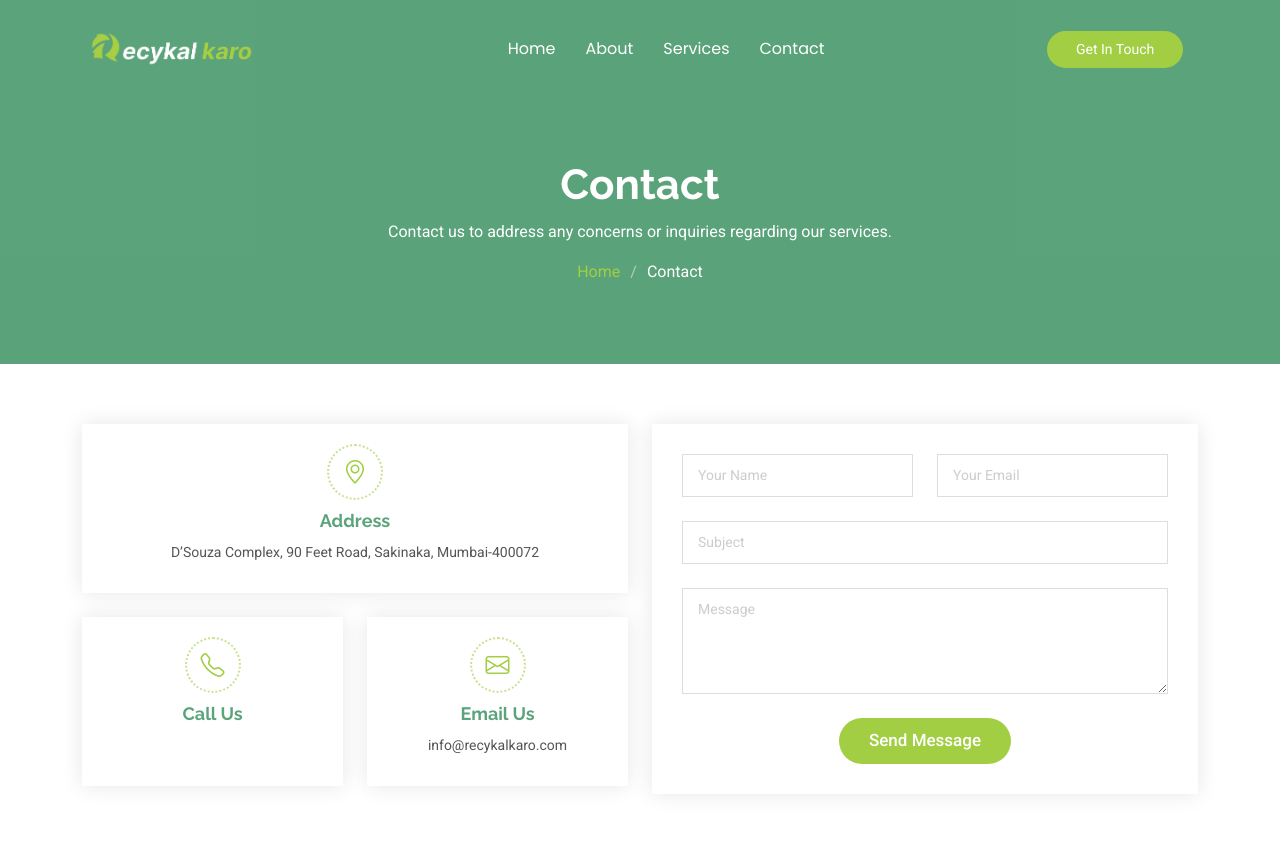
Repository: msmsa2001/recyclekaro
Page: contact.html
An editor plug-in stored every save of this project. The page is shown before and after the next save, followed by the edit.
The browser window is 1280 px wide. The pictures show the part of the page from y = 0 to 842 px (the page is 1731 px tall).
Pictures or frames that could not be fetched are drawn as grey boxes.

Above is the page before, as saved 2024-09-30 15:10:01.
Console error: TypeError: Cannot read properties of null (reading 'style')

### contact.html
<!DOCTYPE html>
<html lang="en">

<head>
  <meta charset="utf-8">
  <meta content="width=device-width, initial-scale=1.0" name="viewport">
  <title>Contact - Moderna Bootstrap Template</title>
  <meta name="description" content="">
  <meta name="keywords" content="">

  <!-- Favicons -->
  <!-- <link href="assets/img/favicon.png" rel="icon"> -->
  <link href="assets/img/logos/favicon-32x32-removebg-preview.png" rel="icon">

  <link href="assets/img/apple-touch-icon.png" rel="apple-touch-icon">

  <!-- Fonts -->
  <link href="https://fonts.googleapis.com" rel="preconnect">
  <link href="https://fonts.gstatic.com" rel="preconnect" crossorigin>
  <link href="https://fonts.googleapis.com/css2?family=Roboto:ital,wght@0,100;0,300;0,400;0,500;0,700;0,900;1,100;1,300;1,400;1,500;1,700;1,900&family=Poppins:ital,wght@0,100;0,200;0,300;0,400;0,500;0,600;0,700;0,800;0,900;1,100;1,200;1,300;1,400;1,500;1,600;1,700;1,800;1,900&family=Raleway:ital,wght@0,100;0,200;0,300;0,400;0,500;0,600;0,700;0,800;0,900;1,100;1,200;1,300;1,400;1,500;1,600;1,700;1,800;1,900&display=swap" rel="stylesheet">

  <!-- Vendor CSS Files -->
  <link href="assets/vendor/bootstrap/css/bootstrap.min.css" rel="stylesheet">
  <link href="assets/vendor/bootstrap-icons/bootstrap-icons.css" rel="stylesheet">
  <link href="assets/vendor/aos/aos.css" rel="stylesheet">
  <link href="assets/vendor/glightbox/css/glightbox.min.css" rel="stylesheet">
  <link href="assets/vendor/swiper/swiper-bundle.min.css" rel="stylesheet">

  <!-- Main CSS File -->
  <link href="assets/css/main.css" rel="stylesheet">

  <!-- =======================================================
  * Template Name: Moderna
  * Template URL: https://bootstrapmade.com/free-bootstrap-template-corporate-moderna/
  * Updated: Aug 07 2024 with Bootstrap v5.3.3
  * Author: BootstrapMade.com
  * License: https://bootstrapmade.com/license/
  ======================================================== -->
</head>

<body class="contact-page">

  <header id="header" class="header d-flex align-items-center fixed-top">
    <div class="container-fluid container-xl position-relative d-flex align-items-center justify-content-between">

      <a href="index.html" class="logo d-flex align-items-center">
        <!-- Uncomment the line below if you also wish to use an image logo -->
        <!-- <img src="assets/img/logo.png" alt=""> -->
        <!-- <h1 class="sitename">Moderna</h1> -->
        <img src="assets/img/logos/Recykal_karo_logo_Balck_BG-removebg-preview.png" alt="" style="width: 180px;">

      </a>

      <nav id="navmenu" class="navmenu">
        <ul>
          <li><a href="index.html" class="active">Home</a></li>
          <li><a href="about.html">About</a></li>
          <li><a href="services.html">Services</a></li>
          <!-- <li><a href="portfolio.html">Portfolio</a></li>
          <li><a href="team.html">Team</a></li>
          <li><a href="blog.html">Blog</a></li>
          <li class="dropdown"><a href="#"><span>Dropdown</span> <i class="bi bi-chevron-down toggle-dropdown"></i></a>
            <ul>
              <li><a href="#">Dropdown 1</a></li>
              <li class="dropdown"><a href="#"><span>Deep Dropdown</span> <i class="bi bi-chevron-down toggle-dropdown"></i></a>
                <ul>
                  <li><a href="#">Deep Dropdown 1</a></li>
                  <li><a href="#">Deep Dropdown 2</a></li>
                  <li><a href="#">Deep Dropdown 3</a></li>
                  <li><a href="#">Deep Dropdown 4</a></li>
                  <li><a href="#">Deep Dropdown 5</a></li>
                </ul>
              </li>
              <li><a href="#">Dropdown 2</a></li>
              <li><a href="#">Dropdown 3</a></li>
              <li><a href="#">Dropdown 4</a></li>
            </ul>
          </li> -->
          <li><a href="contact.html">Contact</a></li>
        </ul>
        <i class="mobile-nav-toggle d-xl-none bi bi-list"></i>
      </nav>
      <a class="btn-getstarted" href="#contact">Get In Touch</a>

    </div>
  </header>

  <main class="main">

    <!-- Page Title -->
    <div class="page-title dark-background">
      <div class="container position-relative">
        <h1>Contact</h1>
        <p>Contact us to address any concerns or inquiries regarding our services.</p>
        <nav class="breadcrumbs">
          <ol>
            <li><a href="index.html">Home</a></li>
            <li class="current">Contact</li>
          </ol>
        </nav>
      </div>
    </div><!-- End Page Title -->

    <!-- Contact Section -->
    <section id="contact" class="contact section">

      <div class="container" data-aos="fade-up" data-aos-delay="100">

        <div class="row gy-4">
          <div class="col-lg-6 ">
            <div class="row gy-4">

              <div class="col-lg-12">
                <div class="info-item d-flex flex-column justify-content-center align-items-center" data-aos="fade-up" data-aos-delay="200">
                  <i class="bi bi-geo-alt"></i>
                  <h3>Address</h3>
                  <p>D’Souza Complex, 90 Feet Road, Sakinaka, Mumbai-400072
                  </p>
                </div>
              </div><!-- End Info Item -->

              <div class="col-md-6">
                <div class="info-item d-flex flex-column justify-content-center align-items-center" data-aos="fade-up" data-aos-delay="300">
                  <i class="bi bi-telephone"></i>
                  <h3>Call Us</h3>
                <a href="tel:9082588673"><p style="color: white;">+91 9082588673</p></a>
                </div>
              </div><!-- End Info Item -->

              <div class="col-md-6">
                <div class="info-item d-flex flex-column justify-content-center align-items-center" data-aos="fade-up" data-aos-delay="400">
                  <i class="bi bi-envelope"></i>
                  <h3>Email Us</h3>
                  <p>info@recykalkaro.com</p>
                </div>
              </div><!-- End Info Item -->

            </div>
          </div>

          <div class="col-lg-6">
            <form action="forms/contact.php" method="post" class="php-email-form" data-aos="fade-up" data-aos-delay="500">
              <div class="row gy-4">

                <div class="col-md-6">
                  <input type="text" name="name" class="form-control" placeholder="Your Name" required="">
                </div>

                <div class="col-md-6 ">
                  <input type="email" class="form-control" name="email" placeholder="Your Email" required="">
                </div>

                <div class="col-md-12">
                  <input type="text" class="form-control" name="subject" placeholder="Subject" required="">
                </div>

                <div class="col-md-12">
                  <textarea class="form-control" name="message" rows="4" placeholder="Message" required=""></textarea>
                </div>

                <div class="col-md-12 text-center">
                  <div class="loading">Loading</div>
                  <div class="error-message"></div>
                  <div class="sent-message">Your message has been sent. Thank you!</div>

                  <button type="submit">Send Message</button>
                </div>

              </div>
            </form>
          </div><!-- End Contact Form -->

        </div>

      </div>

      <div class="mt-5" data-aos="fade-up" data-aos-delay="200">
        <iframe src="https://www.google.com/maps/embed?pb=!1m18!1m12!1m3!1d3770.2793611142156!2d72.88540377395167!3d19.095396651365814!2m3!1f0!2f0!3f0!3m2!1i1024!2i768!4f13.1!3m3!1m2!1s0x3be7c87ac4d15cdb%3A0xe466462b259fdd62!2sDSOUZA%20NAGAR%20COMPLEX%20dosti%20regency!5e0!3m2!1sen!2sin!4v1727327275013!5m2!1sen!2sin" width="100%" height="450" style="border:0;" allowfullscreen="" loading="lazy" referrerpolicy="no-referrer-when-downgrade"></iframe>      </div><!-- End Google Maps -->

    </section><!-- /Contact Section -->

  </main>

  <footer id="footer" class="footer dark-background">

    <!-- <div class="footer-newsletter">
      <div class="container">
        <div class="row justify-content-center text-center">
          <div class="col-lg-6">
            <h4>Join Our Newsletter</h4>
            <p>Subscribe to our newsletter and receive the latest news about our products and services!</p>
            <form action="forms/newsletter.php" method="post" class="php-email-form">
              <div class="newsletter-form"><input type="email" name="email"><input type="submit" value="Subscribe"></div>
              <div class="loading">Loading</div>
              <div class="error-message"></div>
              <div class="sent-message">Your subscription request has been sent. Thank you!</div>
            </form>
          </div>
        </div>
      </div>
    </div> -->

    <div class="container footer-top">
      <div class="row gy-4">
        <div class="col-lg-4 col-md-6 footer-about">
          <a href="index.html" class="logo d-flex align-items-center">
            <img src="assets/img/logos/Recykal_karo_logo_Balck_BG-removebg-preview.png" alt="">
          </a>
          <div class="footer-contact pt-3">
            <p>D’Souza Complex, 90 Feet Road,
            </p>
            <p>Sakinaka, Mumbai-400072</p>
            <p class="mt-3"><strong>Phone:</strong><a href="tel:9082588673"><span style="color: white;" >+91 9082588673</span></a></p>
            <p><strong>Email:</strong> <a href="mailto:info@recykalkaro.com"><span style="color: white;">info@recykalkaro.com</span></a></p>
          </div>
        </div>

        <div class="col-lg-2 col-md-3 footer-links">
          <h4>Useful Links</h4>
          <ul>
            <li><i class="bi bi-chevron-right"></i> <a href="index.html">Home</a></li>
            <li><i class="bi bi-chevron-right"></i> <a href="about.html">About us</a></li>
            <li><i class="bi bi-chevron-right"></i> <a href="services.html">Services</a></li>
            <li><i class="bi bi-chevron-right"></i> <a href="contact.html">Contact</a></li>
          </ul>
        </div>

        <!-- <div class="col-lg-2 col-md-3 footer-links">
          <h4>Our Services</h4>
          <ul>
            <li><i class="bi bi-chevron-right"></i> <a href="#">Web Design</a></li>
            <li><i class="bi bi-chevron-right"></i> <a href="#">Web Development</a></li>
            <li><i class="bi bi-chevron-right"></i> <a href="#">Product Management</a></li>
            <li><i class="bi bi-chevron-right"></i> <a href="#">Marketing</a></li>
          </ul>
        </div> -->

        <div class="col-lg-4 col-md-12">
          <h4>Follow Us</h4>
          <p>Stay connected with GreenLife E-Waste for the latest updates on eco-friendly practices, e-waste recycling tips, and sustainability news. Follow us on social media to join our mission towards a greener tomorrow!</p>
          <div class="social-links d-flex">
            <a href="https://x.com/greenlifeewaste" target="_blank"><i class="bi bi-twitter-x"></i></a>
            <a href="https://www.facebook.com/greenlifeewaste" target="_blank"><i class="bi bi-facebook"></i></a>
            <a href="https://www.instagram.com/greenlifeewaste/" target="_blank"><i class="bi bi-instagram"></i></a>
            <a href="https://www.linkedin.com/company/recykal-karo" target="_blank"><i class="bi bi-linkedin"></i></a>
          </div>
        </div>

      </div>
    </div>

    <div class="container copyright text-center mt-4">
      <p>© <span>Copyright</span> <strong class="px-1 sitename">Recykal Karo</strong> <span>All Rights Reserved</span></p>
      <div class="credits">
        <!-- All the links in the footer should remain intact. -->
        <!-- You can delete the links only if you've purchased the pro version. -->
        <!-- Licensing information: https://bootstrapmade.com/license/ -->
        <!-- Purchase the pro version with working PHP/AJAX contact form: [buy-url] -->
        Designed by <a href="https://pyzon.in/" target="_blank">Pyzon Pvt. Ltd.</a>
      </div>
    </div>

  </footer>

  <!-- Scroll Top -->
  <a href="#" id="scroll-top" class="scroll-top d-flex align-items-center justify-content-center"><i class="bi bi-arrow-up-short"></i></a>

  <!-- Preloader -->
  <div id="preloader"></div>

  <!-- Vendor JS Files -->
  <script src="assets/vendor/bootstrap/js/bootstrap.bundle.min.js"></script>
  <script src="assets/vendor/php-email-form/validate.js"></script>
  <script src="assets/vendor/aos/aos.js"></script>
  <script src="assets/vendor/glightbox/js/glightbox.min.js"></script>
  <script src="assets/vendor/purecounter/purecounter_vanilla.js"></script>
  <script src="assets/vendor/swiper/swiper-bundle.min.js"></script>
  <script src="assets/vendor/waypoints/noframework.waypoints.js"></script>
  <script src="assets/vendor/imagesloaded/imagesloaded.pkgd.min.js"></script>
  <script src="assets/vendor/isotope-layout/isotope.pkgd.min.js"></script>

  <!-- Main JS File -->
  <script src="assets/js/main.js"></script>

</body>

</html>

Loaded but not shown: assets/vendor/bootstrap/css/bootstrap.min.css (library); assets/vendor/bootstrap-icons/bootstrap-icons.css (library); assets/vendor/aos/aos.css (library); assets/vendor/glightbox/css/glightbox.min.css (library); assets/vendor/swiper/swiper-bundle.min.css (library); assets/vendor/bootstrap/js/bootstrap.bundle.min.js (library); assets/vendor/php-email-form/validate.js (common file); assets/vendor/aos/aos.js (library); assets/vendor/glightbox/js/glightbox.min.js (library); assets/vendor/purecounter/purecounter_vanilla.js (library); assets/vendor/swiper/swiper-bundle.min.js (library); assets/vendor/waypoints/noframework.waypoints.js (library); assets/vendor/imagesloaded/imagesloaded.pkgd.min.js (library); assets/vendor/isotope-layout/isotope.pkgd.min.js (library); assets/js/main.js (277 lines, source omitted); assets/css/main.css (3322 lines, source omitted)

After the next save:
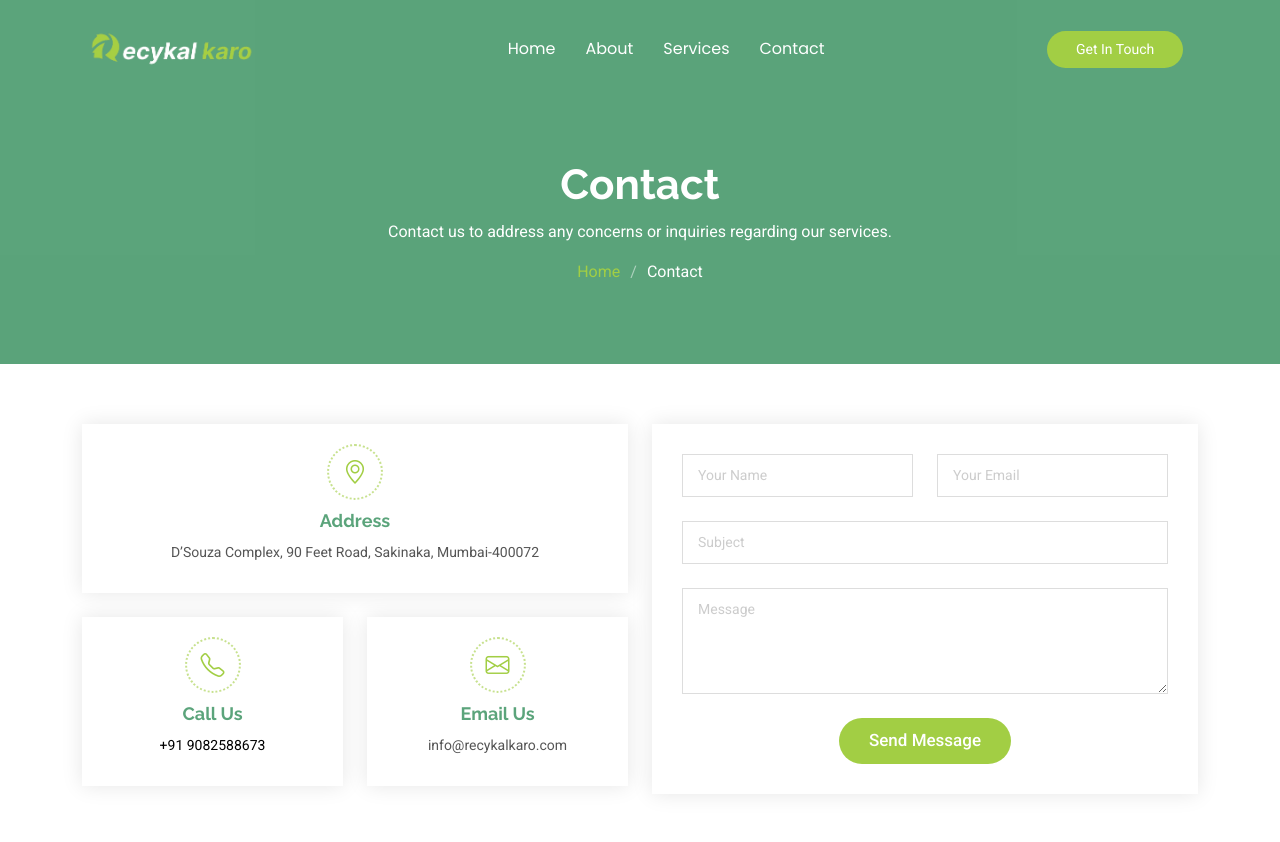
Saved 16 s later.
--- a/contact.html
+++ b/contact.html
@@ -123,7 +123,7 @@
                 <div class="info-item d-flex flex-column justify-content-center align-items-center" data-aos="fade-up" data-aos-delay="300">
                   <i class="bi bi-telephone"></i>
                   <h3>Call Us</h3>
-                <a href="tel:9082588673"><p style="color: white;">+91 9082588673</p></a>
+                <a href="tel:9082588673"><p style="color:black;">+91 9082588673</p></a>
                 </div>
               </div><!-- End Info Item -->
 
